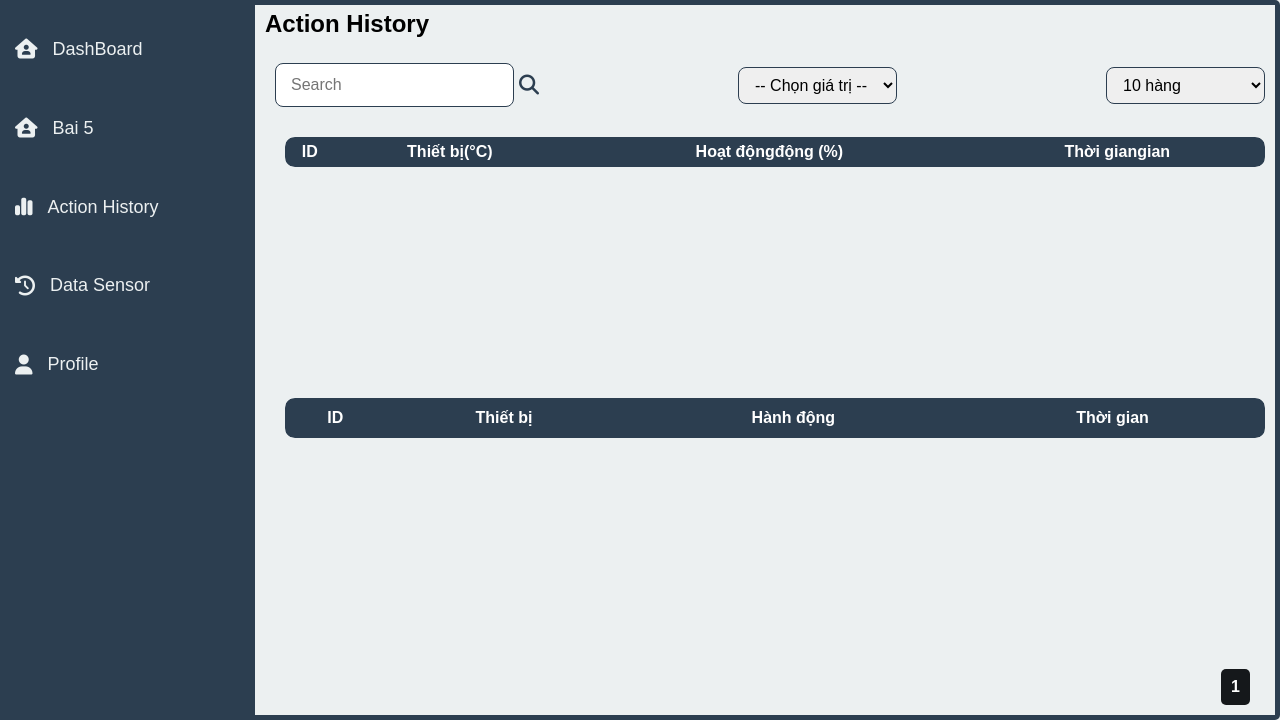
Repository: duongnoob23/duyyyy
Page: /action (app in iot/)
An editor plug-in stored every save of this project. The page is shown before and after the next save, followed by the edit.
The browser window is 1280 px wide. The pictures show the whole page.
The page's requests for data from a server got no answer. Some web libraries are served in a nearby version. The project was rebuilt for these pictures with package versions that can differ from the ones it lists, and the page was loaded fresh each time. No one was signed in, and anything a server would have sent is missing. Also part of the build but not shown: iot/src/App.css, iot/src/Pages/Home/Home.css, iot/src/Components/Doughnut/GaugeChart.js, iot/src/Components/LineChart/LineChartECharts.js, iot/src/Pages/Home/Home.js, iot/src/Pages/DataLogs/DataLogs.js, iot/src/Pages/Profile/Profile.css, iot/src/Pages/Profile/Profile.js and 3 more.

Above is the page before, as saved 2024-12-25 23:13:02.

After the next save:
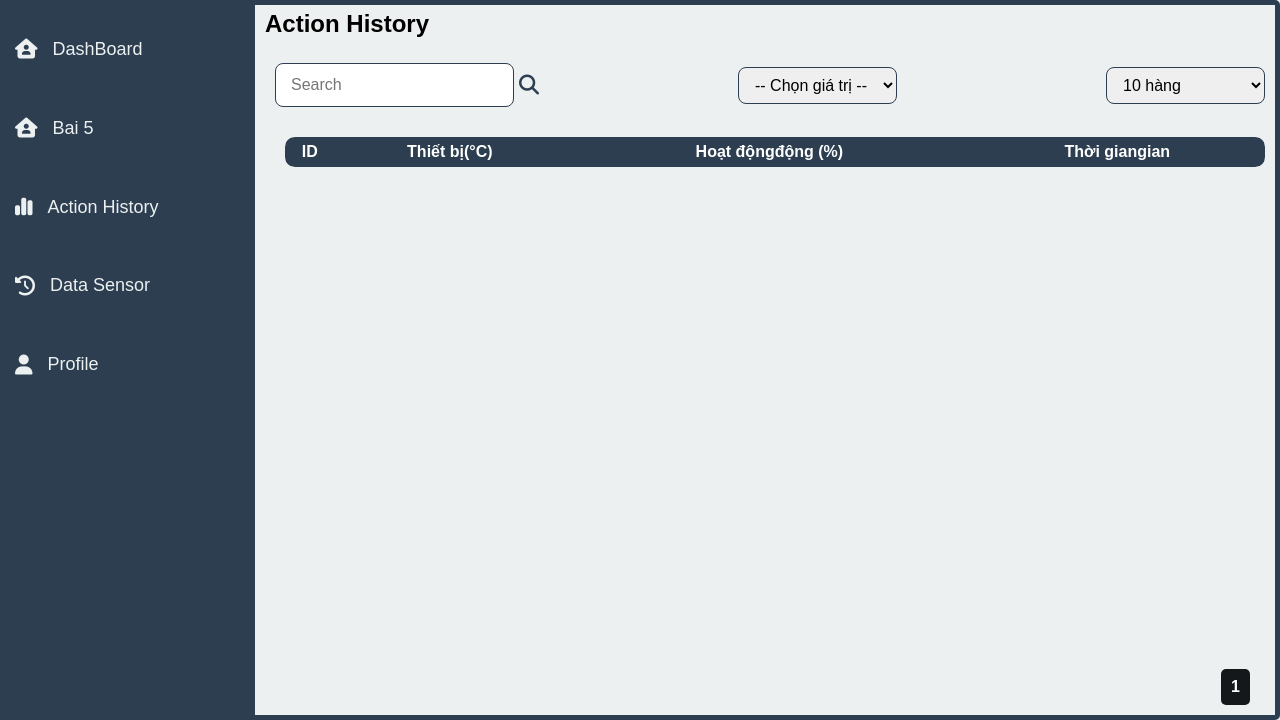
Saved 14 s later.
--- a/iot/src/Pages/Action/Action.js
+++ b/iot/src/Pages/Action/Action.js
@@ -149,7 +149,7 @@ function Action() {
           </table>
         </div>
 
-        <div className="table__container">
+        {/* <div className="table__container">
           <table className="table">
             <thead className="table__head">
               <tr>
@@ -170,7 +170,7 @@ function Action() {
               ))}
             </tbody>
           </table>
-        </div>
+        </div> */}
 
         <div className="pagination">
           <ul className="pagi__list">
